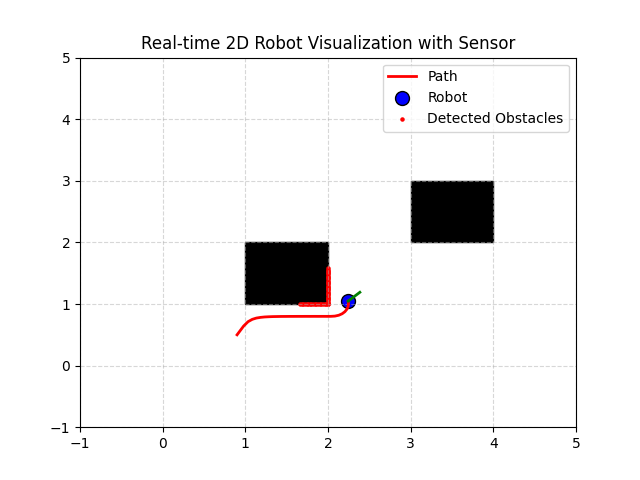
Repository: JLCucumber/comp0244-go2
Script's output: python src/cw1_team_2/2D_environment/main.py
The author's editor kept a copy of each file at every save. The script's output is drawn from the files as they stood at one save, then again after the next save.
Animations are shown at an early frame. Random numbers start from a fixed seed.

Above is the script's output before, as saved 2025-02-16 03:06:26.

### src/cw1_team_2/2D_environment/main.py
import time

from matplotlib import pyplot as plt
from environment import Environment
from robot import Robot
from visualization import plot_environment

if __name__ == "__main__":
    env = Environment()  # 生成 2D 地图
    robot = Robot(env, start_pos=(0.9, 0.5), start_angle=0.79, sensor_range=0.6)  # 创建机器人

    plt.ion()  # 开启 Matplotlib 交互模式

    for _ in range(500):  # 运行 50 步

        robot.navigate()  # 机器人导航
        plot_environment(env, robot)  # 实时绘制环境和轨迹
        plt.gcf().canvas.mpl_connect('key_press_event', lambda event: exit(0) if event.key == 'q' else None)
        time.sleep(0.1)  # 控制动画速度

    plt.ioff()  # 关闭交互模式
    plt.show()

### src/cw1_team_2/2D_environment/environment.py
import json
import numpy as np

class Environment:
    """2D 障碍物环境"""

    def __init__(self, map_file=None, robot_radius=0.01):
        self.obstacles = []
        self.robot_radius = robot_radius  # 机器人半径
        if map_file:
            self.load_map(map_file)
        else:
            self.generate_default_map()

    def generate_default_map(self):
        """生成默认障碍物地图"""
        self.obstacles = [
            {"x_min": 1, "y_min": 1, "x_max": 2, "y_max": 2},  # 正方形障碍物
            {"x_min": 3, "y_min": 2, "x_max": 4, "y_max": 3},  # 另一个障碍物
        ]

    def load_map(self, map_file):
        """从 JSON 文件加载地图"""
        with open(map_file, "r") as f:
            self.obstacles = json.load(f)

    def get_obstacles_near(self, position, sensor_range):
        """返回在 `sensor_range` 内的障碍物边界点"""
        nearby_points = []
        for obs in self.obstacles:
            # 获取障碍物四个角的坐标
            edge_points = [
                (obs["x_min"], obs["y_min"]),
                (obs["x_max"], obs["y_min"]),
                (obs["x_max"], obs["y_max"]),
                (obs["x_min"], obs["y_max"])
            ]

            # 生成额外边界上的点，提高检测精度
            step = 0.02  # 采样间距
            for x in np.arange(obs["x_min"], obs["x_max"], step):
                edge_points.append((x, obs["y_min"]))
                edge_points.append((x, obs["y_max"]))
            for y in np.arange(obs["y_min"], obs["y_max"], step):
                edge_points.append((obs["x_min"], y))
                edge_points.append((obs["x_max"], y))

            for point in edge_points:
                point = np.array(point)
                if np.linalg.norm(position - point) <= sensor_range:
                    nearby_points.append(point)

        return nearby_points

    def is_collision(self, position):
        """
        检测机器人当前位置是否与障碍物碰撞
        - 机器人应该 **可以贴近障碍物**，但不应**进入障碍物内部**
        """
        x, y = position
        for obs in self.obstacles:
            # 计算机器人到障碍物边界的最短距离
            x_nearest = max(obs["x_min"], min(x, obs["x_max"]))
            y_nearest = max(obs["y_min"], min(y, obs["y_max"]))
            distance = np.linalg.norm([x - x_nearest, y - y_nearest])

            # 允许机器人在边界上移动，但不能进入障碍物
            if distance < self.robot_radius:
                return True  # 机器人撞上了障碍物

        return False  # 机器人未撞上障碍物

### src/cw1_team_2/2D_environment/robot.py
import numpy as np
from obstacle_follow import ObstacleFollower

class Robot:
    """带方向的可移动机器人，增加局部传感器 & 障碍物跟随"""

    def __init__(self, env, start_pos=(0.5, 0.5), start_angle=0, sensor_range=0.9, step_size=0.05):
        self.env = env
        self.position = np.array(start_pos)
        self.angle = start_angle  # 方向，以弧度表示
        self.sensor_range = sensor_range
        self.step_size = step_size  # 机器人步长
        self.path = [tuple(self.position)]  # 记录轨迹
        self.follower = ObstacleFollower(self)  # 绑定绕障行为

    def move_forward(self):
        """沿当前方向前进"""
        dx = self.step_size * np.cos(self.angle)
        dy = self.step_size * np.sin(self.angle)
        new_pos = self.position + np.array([dx, dy])

        # 仅当未撞上障碍物时更新位置
        if not self.env.is_collision(new_pos):
            self.position = new_pos
            self.path.append(tuple(self.position))

    def rotate(self, delta_angle):
        """旋转机器人"""
        self.angle += delta_angle  # 角度单位为弧度

    def get_local_obstacles(self):
        """获取局部感知到的障碍物点"""
        return self.env.get_obstacles_near(self.position, self.sensor_range)

    def navigate(self):
        """导航逻辑：检测障碍物 -> 决定绕障或前进"""
        nearest_obs = self.follower.check_if_near_obstacle()

        if nearest_obs is not None:
            self.follower.follow_obstacle()  # 触发绕障
        else:
            self.move_forward()  # 机器人前进
            self.rotate(0.01)  # 每步旋转 0.1 弧度

### src/cw1_team_2/2D_environment/obstacle_follow.py
import numpy as np

class ObstacleFollower:
    """机器人绕障碍物逆时针运动"""

    def __init__(self, robot, follow_distance=0.2, step_size=0.05):
        """
        :param robot: 机器人对象
        :param follow_distance: 机器人希望保持的障碍物边界距离
        :param step_size: 机器人每次移动的步长
        """
        self.robot = robot
        self.follow_distance = follow_distance
        self.step_size = step_size
        self.following_obstacle = False  # 是否在绕障模式
        self.last_tangent_direction = None  # 记录上一步的切向方向

    def check_if_near_obstacle(self):
        """检查机器人是否接近障碍物，并计算最近的边界点"""
        local_obstacles = self.robot.get_local_obstacles()
        if not local_obstacles:
            return None, float("inf")  # 没有障碍物

        # 找到最近的障碍物点
        min_dist = float("inf")
        nearest_obs_point = None
        for point in local_obstacles:
            dist = np.linalg.norm(self.robot.position - point)
            if dist < min_dist:
                min_dist = dist
                nearest_obs_point = np.array(point)

        return nearest_obs_point, min_dist

    def follow_obstacle(self):
        """执行逆时针绕障行为，保持机器人贴近障碍物"""
        nearest_obs, nearest_obs_dist = self.check_if_near_obstacle()

        if nearest_obs is None:
            # 如果短暂丢失障碍物检测，继续沿着上次方向移动，避免脱离
            if self.last_tangent_direction is not None:
                self.robot.position += self.last_tangent_direction * self.step_size
                self.robot.path.append(tuple(self.robot.position))
                return True
            else:
                self.following_obstacle = False
                return False  # 退出绕障模式

        # 计算到障碍物的方向（法向量）
        direction = self.robot.position - nearest_obs
        direction /= np.linalg.norm(direction)

        # 计算逆时针切向方向 (左手法则，旋转 90°)
        tangent_direction = np.array([-direction[1], direction[0]])

        # 平滑拐角调整（防止剧烈方向变化）
        if self.last_tangent_direction is not None:
            tangent_direction = 0.7 * self.last_tangent_direction + 0.3 * tangent_direction
            tangent_direction /= np.linalg.norm(tangent_direction)

        # **🚀 关键改进：调整机器人位置，使其保持恒定距离**
        distance_error = nearest_obs_dist - self.follow_distance
        correction_vector = -direction * distance_error * 0.5  # 控制机器人靠近/远离障碍物

        # 让机器人沿着障碍物边界移动，同时修正靠近障碍物
        self.robot.position += tangent_direction * self.step_size + correction_vector
        self.robot.path.append(tuple(self.robot.position))

        # 记录最新的切向方向
        self.last_tangent_direction = tangent_direction
        return True

### src/cw1_team_2/2D_environment/visualization.py
import matplotlib.pyplot as plt
import numpy as np

def plot_environment(env, robot):
    """绘制环境、障碍物和机器人轨迹"""

    plt.clf()  # 清除上一帧

    # 绘制障碍物
    for obs in env.obstacles:
        width = abs(obs["x_max"] - obs["x_min"])
        height = abs(obs["y_max"] - obs["y_min"])
        plt.gca().add_patch(plt.Rectangle((obs["x_min"], obs["y_min"]), width, height, color="black"))

    # 绘制机器人轨迹
    path = np.array(robot.path)
    plt.plot(path[:, 0], path[:, 1], 'r-', label="Path", linewidth=2)

    # 绘制机器人当前位置
    plt.scatter(robot.position[0], robot.position[1], color='blue', s=100, edgecolors='black', label="Robot")

    # 绘制机器人朝向
    heading = robot.position + np.array([np.cos(robot.angle), np.sin(robot.angle)]) * 0.2
    plt.plot([robot.position[0], heading[0]], [robot.position[1], heading[1]], 'g-', linewidth=2)

    # 绘制传感器感知到的障碍物点
    local_obstacles = robot.get_local_obstacles()
    if local_obstacles:
        obs_points = np.array(local_obstacles)
        plt.scatter(obs_points[:, 0], obs_points[:, 1], color='red', s=5, label="Detected Obstacles")

    plt.xlim(-1, 5)
    plt.ylim(-1, 5)
    plt.grid(True, linestyle="--", alpha=0.5)
    plt.legend()
    plt.title("Real-time 2D Robot Visualization with Sensor")
    plt.pause(0.1)

After the next save:
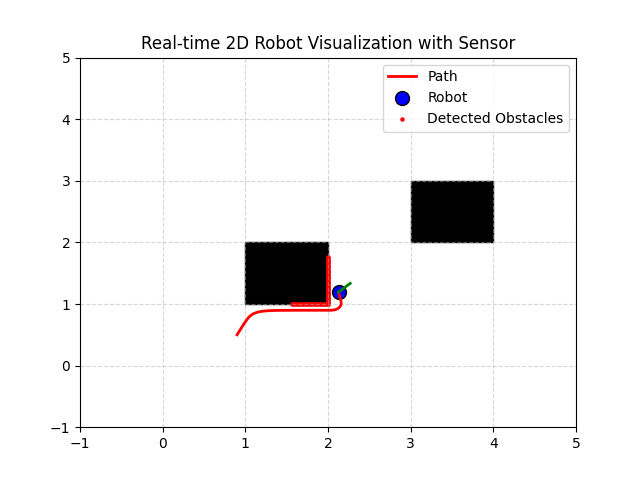
Saved 47 s later.
--- a/src/cw1_team_2/2D_environment/obstacle_follow.py
+++ b/src/cw1_team_2/2D_environment/obstacle_follow.py
@@ -3,7 +3,7 @@ import numpy as np
 class ObstacleFollower:
     """机器人绕障碍物逆时针运动"""
 
-    def __init__(self, robot, follow_distance=0.2, step_size=0.05):
+    def __init__(self, robot, follow_distance=0.1, step_size=0.05):
         """
         :param robot: 机器人对象
         :param follow_distance: 机器人希望保持的障碍物边界距离
